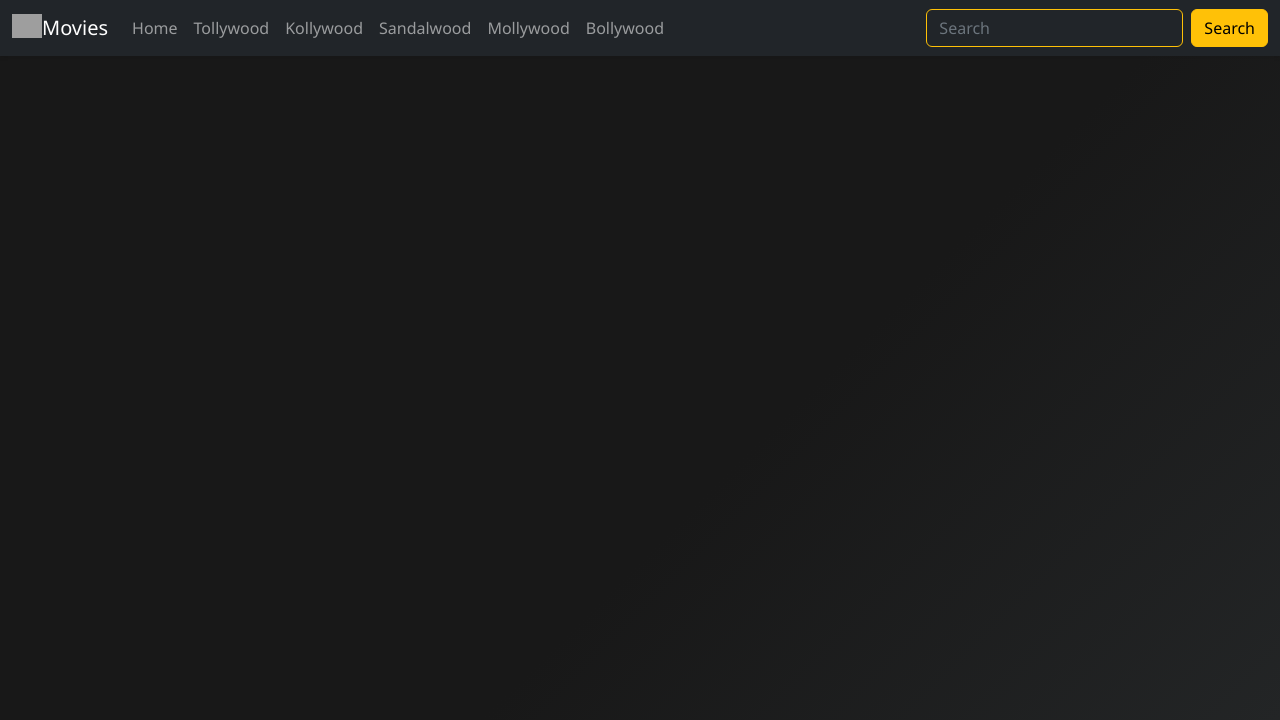
Repository: chandu7777158/Movies_spot
Page: /
An editor plug-in stored every save of this project. The page is shown before and after the next save, followed by the edit.
The browser window is 1280 px wide. The pictures show the whole page.
Pictures or frames that could not be fetched are drawn as grey boxes. The project was rebuilt for these pictures with package versions that can differ from the ones it lists, and the page was loaded fresh each time. Also part of the build but not shown: vite.config.js.

Above is the page before, as saved 2026-01-22 11:01:14.

After the next save:
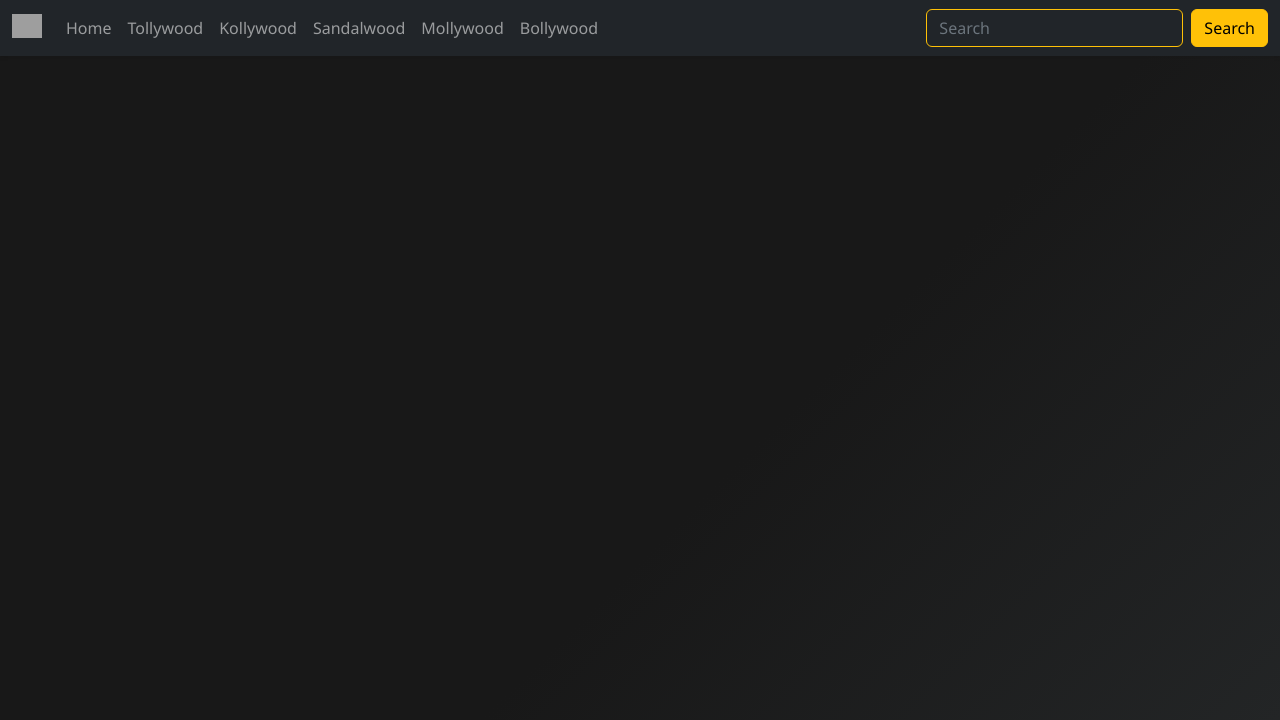
Saved 20 s later.
--- a/src/components/Navbar.jsx
+++ b/src/components/Navbar.jsx
@@ -7,7 +7,6 @@ export default function Navbar() {
             <div className="container-fluid">
                 <a class="navbar-brand" href="#">
                     <img src="https://static.vecteezy.com/system/resources/previews/022/580/623/non_2x/movie-media-letter-logo-design-illustration-free-vector.jpg" alt="Logo" width="30" height="24" class="d-inline-block align-text-top"/>
-                    Movies
                 </a>
                 <button className="navbar-toggler" type="button" data-bs-toggle="collapse" data-bs-target="#navbarNav" aria-controls="navbarNav" aria-expanded="false" aria-label="Toggle navigation">
                     <span className="navbar-toggler-icon"></span>
